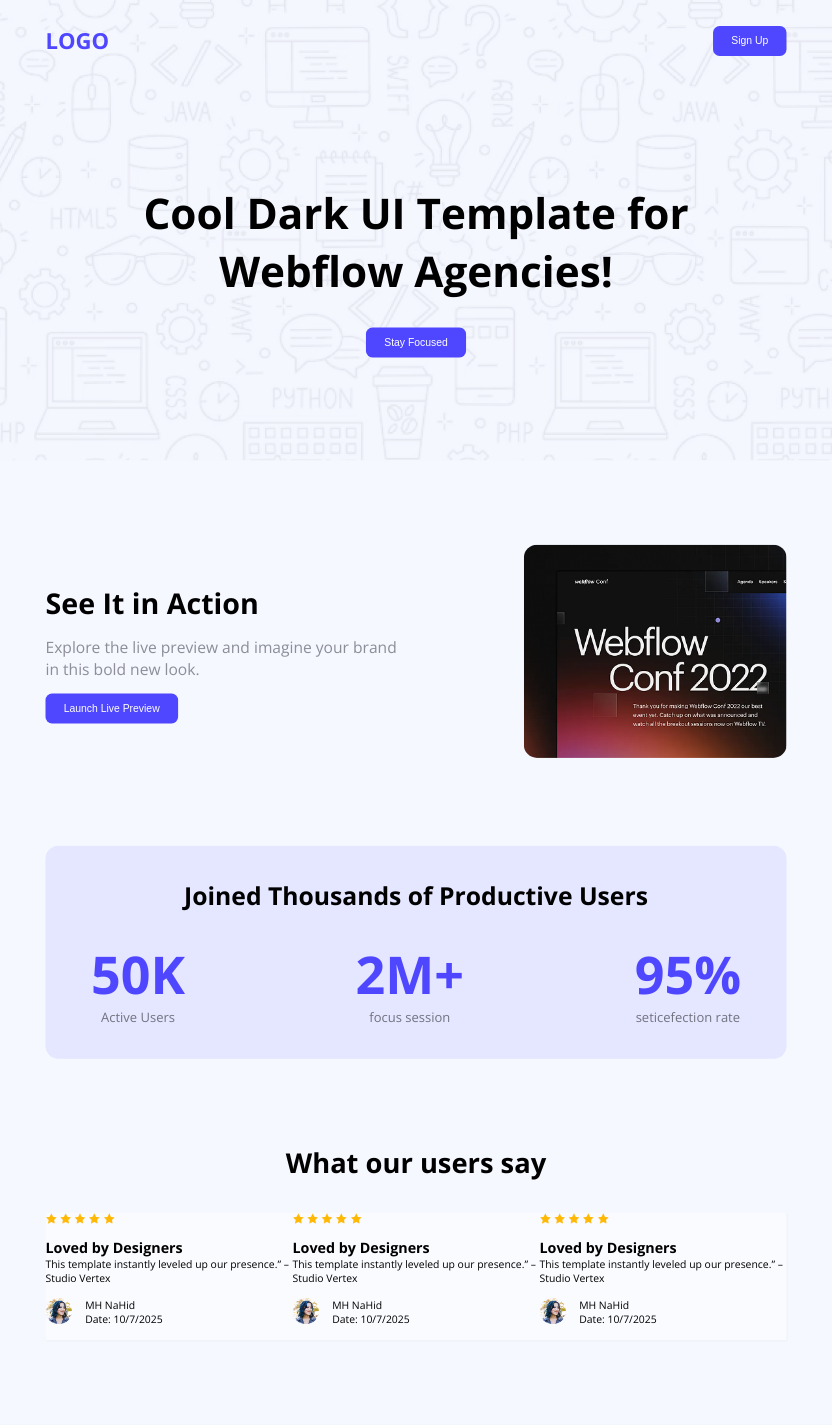
Repository: nahid-hasann/website-3
Page: index.html
The author's editor kept a copy of each file at every save. The page is drawn from the files as they stood at one save, then again after the next save.
The browser window is 1280 px wide. The pictures show the whole page, at 65% of full size.

Above is the page before, as saved 2025-07-10 21:09:11.

After the next save:
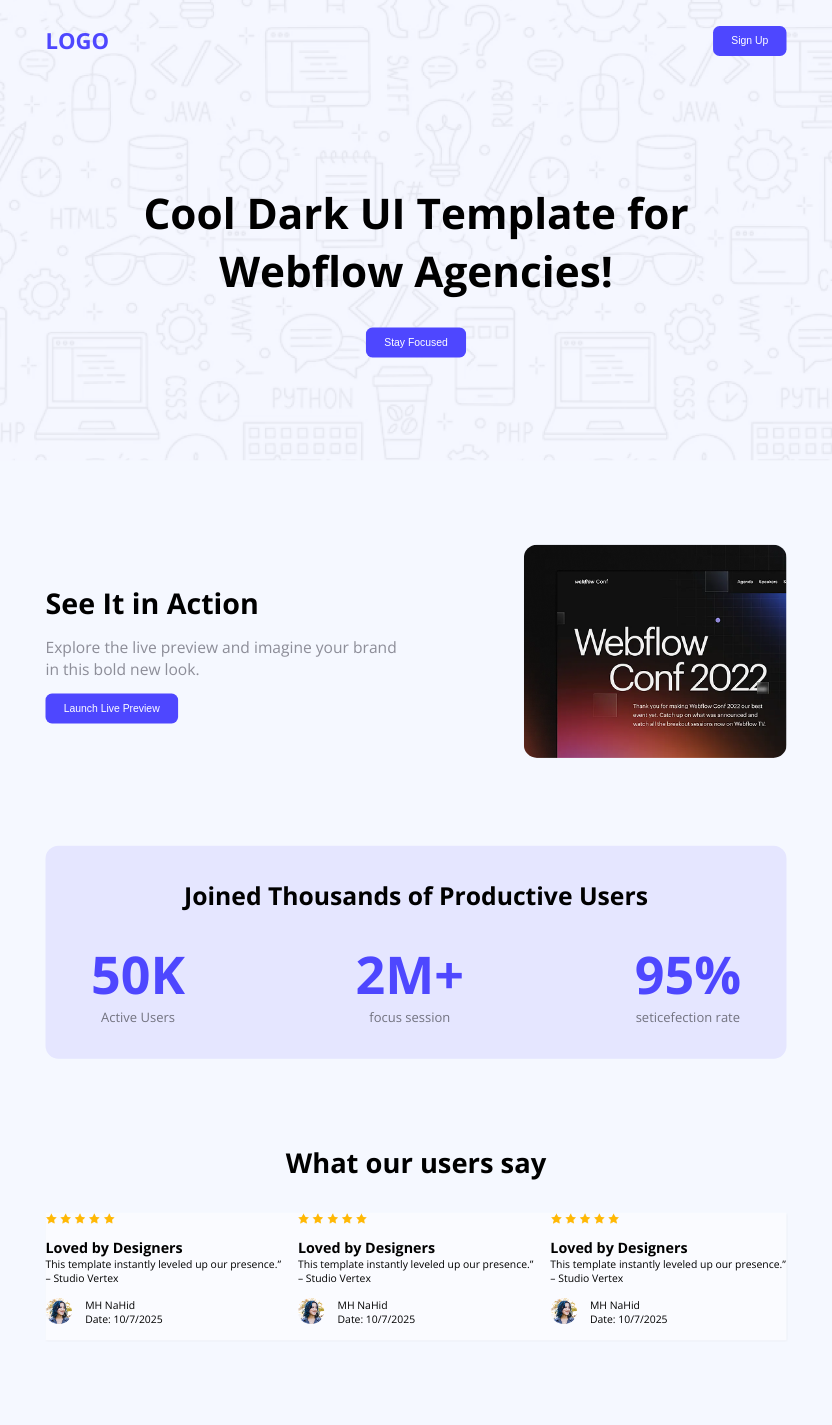
Saved 4 s later.
--- a/style.css
+++ b/style.css
@@ -152,5 +152,5 @@
     display: flex;
     box-shadow: 0 1px 3px rgba(0, 0, 0, 0.05);
 background-color: #fafbff;
-gap: ;
+gap: 25px;
 }
